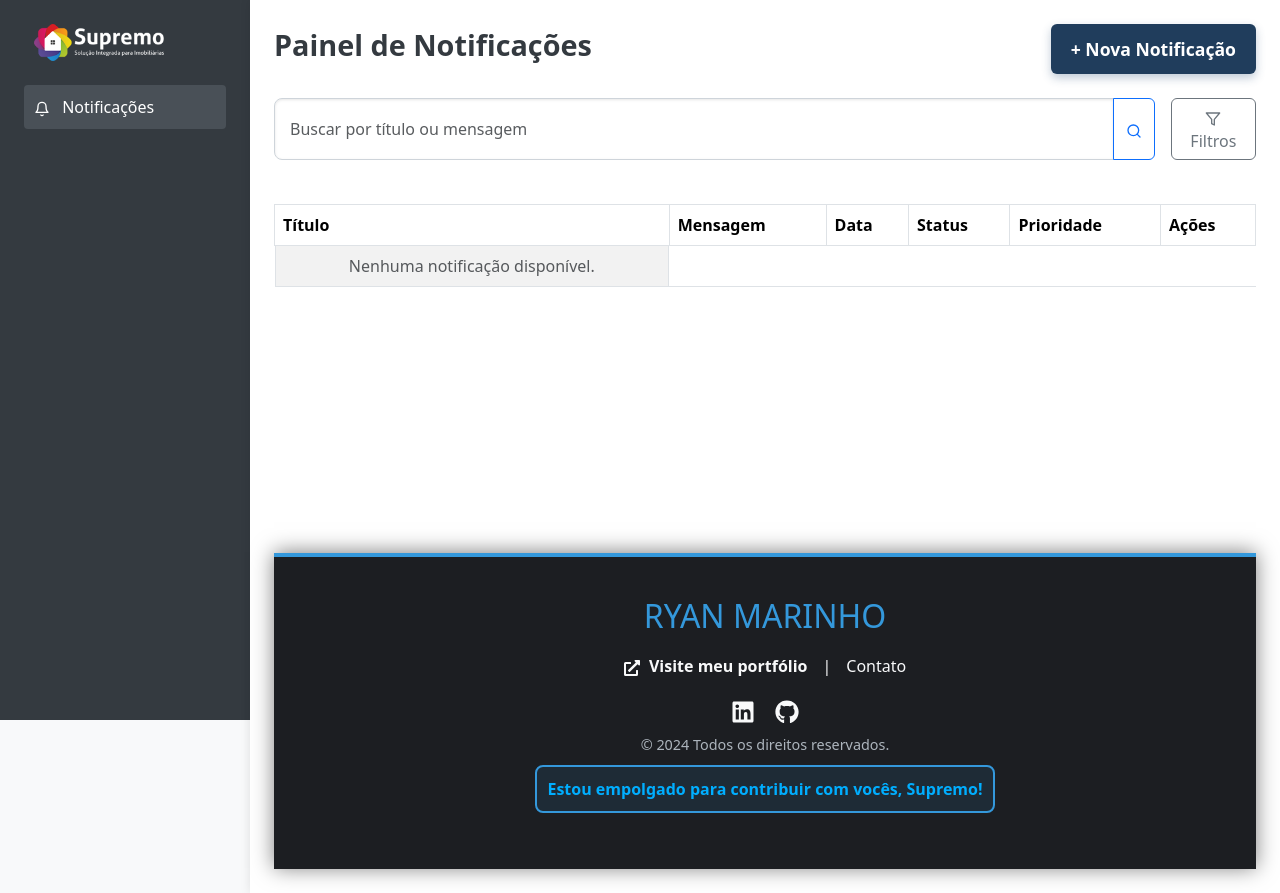
Repository: ryanmarinhodev/Supremo-teste-tecnico
Page: /notifications
An editor plug-in stored every save of this project. The page is shown before and after the next save, followed by the edit.
The browser window is 1280 px wide. The pictures show the whole page.
The project was rebuilt for these pictures with package versions that can differ from the ones it lists, and the page was loaded fresh each time. Also part of the build but not shown: src/App.css, src/Components/Login/index.jsx.

Above is the page before, as saved 2024-11-07 20:33:56.

### src/App.js
import { BrowserRouter, Routes, Route } from "react-router-dom";
import "./App.css";
import Login from "./Components/Login";
import NotificationsPage from "./Components/Notifications/homeNotification";

const App = () => {
  return (
    <BrowserRouter>
      <Routes>
        <Route path="/" element={<Login />} />
        <Route path="/notifications" element={<NotificationsPage />} />
      </Routes>
    </BrowserRouter>
  );
};

export default App;

### src/Components/Notifications/homeNotification.jsx
import React, { useState } from "react";
import Menu from "./menu";
import Buscar from "./buscar";
import TabelaNotificacoes from "./tabelaNotificacoes";
import ModalNotificacao from "./modalNotificacao";
import Footer from "./footer";
import "./notification.css";
import { Button } from "react-bootstrap";

const HomeNotification = () => {
  const [notifications, setNotifications] = useState([]);
  const [showModal, setShowModal] = useState(false);
  const [search, setSearch] = useState("");
  const [currentNotification, setCurrentNotification] = useState({
    id: null,
    title: "",
    message: "",
    date: "",
    status: "Não Lida",
    priority: "Normal",
  });

  const getCurrentDate = () => {
    const today = new Date();
    return today.toISOString().split("T")[0];
  };

  const openModal = (
    notification = {
      title: "",
      message: "",
      date: getCurrentDate(),
      status: "Não Lida",
      priority: "Normal",
    }
  ) => {
    setCurrentNotification(notification);
    setShowModal(true);
  };

  const closeModal = () => {
    setShowModal(false);
    setCurrentNotification({
      id: null,
      title: "",
      message: "",
      date: getCurrentDate(),
      status: "Não Lida",
      priority: "Normal",
    });
  };

  const handleChange = (e) => {
    const { name, value } = e.target;
    setCurrentNotification((prev) => ({ ...prev, [name]: value }));
  };

  const handleSubmit = () => {
    if (currentNotification.id) {
      setNotifications((prev) =>
        prev.map((notif) =>
          notif.id === currentNotification.id ? currentNotification : notif
        )
      );
    } else {
      setNotifications((prev) => [
        ...prev,
        { ...currentNotification, id: Date.now() },
      ]);
    }
    closeModal();
  };

  const handleDelete = (id) => {
    setNotifications((prev) => prev.filter((notif) => notif.id !== id));
  };

  const markAsRead = (id) => {
    setNotifications((prev) =>
      prev.map((notif) =>
        notif.id === id ? { ...notif, status: "Lida" } : notif
      )
    );
  };

  const filteredNotifications = notifications.filter(
    (notif) =>
      notif.title.toLowerCase().includes(search.toLowerCase()) ||
      notif.message.toLowerCase().includes(search.toLowerCase())
  );
  return (
    <>
      <div className="dashboard-container d-flex">
        <Menu />
        <div className="content flex-grow-1 p-4">
          <header className="d-flex justify-content-between align-items-center mb-4">
            <h2 className="page-title">Painel de Notificações</h2>
            <Button variant="primary" onClick={() => openModal()}>
              + Nova Notificação
            </Button>
          </header>

          <Buscar search={search} setSearch={setSearch} />

          <TabelaNotificacoes
            notifications={filteredNotifications}
            openModal={openModal}
            handleDelete={handleDelete}
            markAsRead={markAsRead}
          />

          <ModalNotificacao
            showModal={showModal}
            closeModal={closeModal}
            currentNotification={currentNotification}
            handleChange={handleChange}
            handleSubmit={handleSubmit}
          />
          <Footer />
        </div>
      </div>
    </>
  );
};

export default HomeNotification;

### src/Components/Login/styles.css
:root {
    --primary-color: #203d5c;
    --secondary-color: #adb5bd;
    --hover-color: #182533;
    --background-overlay: rgba(0, 0, 0, 0.4);
    --box-shadow: 0 4px 10px rgba(47, 84, 122, 0.3);
}

.login-container {
    background: url('https://wallpapers.com/images/hd/4k-architecture-yellow-glass-building-6d7nbmyltxlyxxv8.jpg') no-repeat center center;
    background-size: cover;
    min-height: 100vh;
    padding: 20px;
    display: flex;
    align-items: center;
    justify-content: center;
    position: relative;
}

.login-container::before {
    content: '';
    position: absolute;
    top: 0;
    left: 0;
    right: 0;
    bottom: 0;
    background: var(--background-overlay);
    z-index: 1;
}

.login-card {
    width: 100%;
    max-width: 600px;
    background-color: #ffff;
    border-radius: 12px;
    box-shadow: var(--box-shadow);
    border: 1px solid rgba(0, 0, 0, 0.05);
    transition: transform 0.3s ease, box-shadow 0.3s ease;
    position: relative;
    z-index: 2;
    padding: 40px;
    animation: fadeIn 0.6s ease;
    align-items: center;
    text-align: center;
}

.login-card:hover {
    transform: translateY(-5px);
    box-shadow: 0 15px 40px rgba(0, 0, 0, 0.3);
}


.logo {
    width: 100px;
    height: auto;
    margin-bottom: 20px;
}

.text-center {
    display: flex;
    flex-direction: column;
    align-items: center;
}

.login-title {
    font-size: 2rem;
    font-weight: 700;
    color: #000;
    margin-top: 10px;
    margin-bottom: 10px;
    font-family: 'Poppins', sans-serif;
}

.title-underline {
    width: 60px;
    height: 4px;
    background-color: #495f75;
    margin: 0 auto 20px auto;
    border-radius: 2px;
}

.subtitle {
    font-size: 1rem;
    color: #e0e0e0;
    text-align: center;
    margin-bottom: 30px;
    font-weight: 400;
}


.form-control {
    border-radius: 8px;
    padding: 15px;
    font-size: 1rem;
    border: 1px solid #ced4da;
    box-shadow: inset 0 1px 3px rgba(0, 0, 0, 0.1);
    transition: border-color 0.3s ease, box-shadow 0.3s ease;
}

.form-control:focus {
    border-color: var(--primary-color);
    box-shadow: 0 0 0 0.2rem rgba(89, 124, 161, 0.25);
}

/* Botão de login com estilo profissional */
.btn-primary {
    background-color: var(--primary-color);
    border: none;
    font-size: 1.1rem;
    font-weight: 600;
    padding: 12px 20px;
    border-radius: 6px;
    transition: background-color 0.3s ease, transform 0.2s ease;
    box-shadow: var(--box-shadow);
}

.btn-primary:hover {
    background-color: var(--hover-color);
    transform: scale(1.03);
}

/* Link "Esqueci a senha" com estilo sutil */
.text-secondary {
    color: var(--secondary-color) !important;
    font-size: 0.9rem;
}

.text-secondary:hover {
    color: #000 !important;
    text-decoration: underline;
}

/* Altera a cor de fundo e da borda do checkbox quando marcado */
.form-check-input:checked {
    background-color: var(--hover-color);
    border-color: var(--secondary-color);
}

.form-check-input:focus {
    box-shadow: none;
}

/* Efeito de transição suave ao aparecer o card */
@keyframes fadeIn {
    from {
        opacity: 0;
        transform: scale(0.9);
    }
    to {
        opacity: 1;
        transform: scale(1);
    }
}

@media (max-width: 768px) {
    .login-card {
        max-width: 90%;
        padding: 20px;
        border-radius: 8px;
    }

    .login-title {
        font-size: 1.5rem;
    }

    .subtitle {
        font-size: 0.9rem;
    }

    .logo {
        width: 80px;
    }

    .form-control {
        padding: 10px;
        font-size: 0.9rem;
    }

    .btn-primary {
        font-size: 1rem;
        padding: 10px;
    }

    .title-underline {
        width: 50px;
        height: 3px;
    }
}

### src/Components/Notifications/menu.jsx
import React from "react";
import { FiBell } from "react-icons/fi";
import Logo from "../../assets/logo-supremo-branco.png";

const Sidebar = () => (
  <aside className="sidebar p-4">
    <img src={Logo} alt="Logotipo Supremo" className="logo" />
    <ul className="nav flex-column mt-4">
      <li className="nav-item mb-2">
        <a href="/notifications" className="nav-link active">
          <FiBell className="me-2" /> Notificações
        </a>
      </li>
    </ul>
  </aside>
);

export default Sidebar;

### src/Components/Notifications/buscar.jsx
import React from "react";
import { InputGroup, FormControl, Button } from "react-bootstrap";
import { FiSearch, FiFilter } from "react-icons/fi";

const BarraBusca = ({ search, setSearch }) => (
  <div className="d-flex mb-4">
    <InputGroup className="me-2">
      <FormControl
        placeholder="Buscar por título ou mensagem"
        value={search}
        onChange={(e) => setSearch(e.target.value)}
      />
      <Button variant="outline-primary">
        <FiSearch />
      </Button>
    </InputGroup>
    <Button variant="outline-secondary" className="ms-2">
      <FiFilter /> Filtros
    </Button>
  </div>
);

export default BarraBusca;

### src/Components/Notifications/tabelaNotificacoes.jsx
import React from "react";
import { Table, Button, Badge } from "react-bootstrap";
import { FiEdit, FiTrash2, FiCheckCircle } from "react-icons/fi";

const TabelaNotificacoes = ({
  notifications,
  openModal,
  handleDelete,
  markAsRead,
}) => (
  <Table striped bordered hover responsive>
    <thead>
      <tr>
        <th>Título</th>
        <th>Mensagem</th>
        <th>Data</th>
        <th>Status</th>
        <th>Prioridade</th>
        <th>Ações</th>
      </tr>
    </thead>
    <tbody>
      {notifications.length > 0 ? (
        notifications.map((notification) => (
          <tr key={notification.id}>
            <td>{notification.title}</td>
            <td>{notification.message}</td>
            <td>{notification.date}</td>
            <td>
              <Badge
                bg={notification.status === "Não Lida" ? "warning" : "success"}
              >
                {notification.status}
              </Badge>
            </td>
            <td>
              <Badge bg={notification.priority === "Alta" ? "danger" : "info"}>
                {notification.priority}
              </Badge>
            </td>
            <td>
              <Button
                variant="outline-secondary"
                size="sm"
                className="me-2"
                onClick={() => openModal(notification)}
              >
                <FiEdit /> Editar
              </Button>
              <Button
                variant="outline-danger"
                size="sm"
                onClick={() => handleDelete(notification.id)}
              >
                <FiTrash2 /> Excluir
              </Button>
              {notification.status === "Não Lida" && (
                <Button
                  variant="outline-success"
                  size="sm"
                  className="ms-2"
                  onClick={() => markAsRead(notification.id)}
                >
                  <FiCheckCircle /> Marcar como Lida
                </Button>
              )}
            </td>
          </tr>
        ))
      ) : (
        <tr>
          <td colSpan="6" className="text-center text-muted">
            Nenhuma notificação disponível.
          </td>
        </tr>
      )}
    </tbody>
  </Table>
);

export default TabelaNotificacoes;

### src/Components/Notifications/modalNotificacao.jsx
import React from "react";
import { Modal, Button, Form } from "react-bootstrap";

const ModalNotificacao = ({
  showModal,
  closeModal,
  currentNotification,
  handleChange,
  handleSubmit,
}) => {
  return (
    <Modal show={showModal} onHide={closeModal}>
      <Modal.Header closeButton>
        <Modal.Title>
          {currentNotification.id
            ? "Editar Notificação"
            : "Cadastrar Notificação"}
        </Modal.Title>
      </Modal.Header>
      <Modal.Body>
        <Form>
          <Form.Group className="mb-3">
            <Form.Label>Título</Form.Label>
            <Form.Control
              type="text"
              placeholder="Título da Notificação"
              name="title"
              value={currentNotification.title}
              onChange={handleChange}
            />
          </Form.Group>
          <Form.Group className="mb-3">
            <Form.Label>Mensagem</Form.Label>
            <Form.Control
              as="textarea"
              rows={3}
              placeholder="Mensagem da Notificação"
              name="message"
              value={currentNotification.message}
              onChange={handleChange}
            />
          </Form.Group>
          <Form.Group className="mb-3">
            <Form.Label>Data de Envio</Form.Label>
            <Form.Control
              type="date"
              name="date"
              value={currentNotification.date}
              onChange={handleChange}
            />
          </Form.Group>
          <Form.Group className="mb-3">
            <Form.Label>Prioridade</Form.Label>
            <Form.Select
              name="priority"
              value={currentNotification.priority}
              onChange={handleChange}
            >
              <option value="Normal">Normal</option>
              <option value="Alta">Alta</option>
            </Form.Select>
          </Form.Group>
        </Form>
      </Modal.Body>
      <Modal.Footer>
        <Button variant="secondary" onClick={closeModal}>
          Cancelar
        </Button>
        <Button variant="primary" onClick={handleSubmit}>
          {currentNotification.id ? "Salvar Alterações" : "Cadastrar"}
        </Button>
      </Modal.Footer>
    </Modal>
  );
};

export default ModalNotificacao;

### src/Components/Notifications/footer.jsx
import React from "react";
import "./notification.css";
import { FaLinkedin, FaGithub, FaExternalLinkAlt } from "react-icons/fa";

const Footer = () => {
  const portfolioLink = "https://portfolio-ryann.netlify.app/";

  return (
    <footer className="footer">
      <div className="footer-content">
        <div className="footer-logo">
          <h2>Ryan Marinho</h2>
        </div>
        <nav className="footer-nav">
          <a href={portfolioLink} target="_blank" rel="noopener noreferrer">
            <FaExternalLinkAlt className="portfolio-icon" />{" "}
            {/* Ícone do link externo */}
            <span className="portfolio-text">Visite meu portfólio</span>
          </a>
          <span>|</span>
          <a href="/contato">Contato</a>
        </nav>
        <div className="footer-social">
          <a
            href="https://www.linkedin.com/in/ryan-marinho-861120211/"
            target="_blank"
            rel="noopener noreferrer"
          >
            <FaLinkedin size={24} />
          </a>
          <a
            href="https://github.com/ryanmarinhodev"
            target="_blank"
            rel="noopener noreferrer"
          >
            <FaGithub size={24} />
          </a>
        </div>
        <p className="footer-copy">
          &copy; {new Date().getFullYear()} Todos os direitos reservados.
        </p>
        <p className="footer-note">
          Estou empolgado para contribuir com vocês, Supremo!
        </p>
      </div>
    </footer>
  );
};

export default Footer;

### src/Components/Notifications/notification.css
.dashboard-container {
  display: flex;
  min-height: 100vh;
  background-color: #f8f9fa;
}

.sidebar {
  width: 250px;
  background-color: #343a40;
  color: #fff;
  height: 100vh;
}

.logo {
  width: 130px;
  display: flex;
  margin-left: 10px;
}

.sidebar h4 {
  font-size: 1.4rem;
  font-weight: bold;
  color: #fff;
}

.sidebar .nav-link {
  color: #ced4da;
  padding: 10px;
  font-weight: 500;
}

.sidebar .nav-link:hover,
.sidebar .nav-link.active {
  background-color: #495057;
  color: #fff;
  border-radius: 4px;
}

.content {
  flex-grow: 1;
  padding: 20px 40px;
  background-color: #ffffff;
  box-shadow: 0px 0px 10px rgba(0, 0, 0, 0.1);
}

.page-title {
  font-size: 1.8rem;
  font-weight: bold;
  color: #343a40;
}

.table {
  margin-top: 20px;
}

button {
  transition: background-color 0.3s ease, box-shadow 0.2s ease;
}

button:hover {
  box-shadow: 0px 4px 8px rgba(0, 0, 0, 0.15);
}

.footer {
  background-color: #1c1e22;
  color: #f8f9fa;
  text-align: center;
  padding: 40px 20px;
  position: relative;
  bottom: 0;
  width: 100%;
  box-shadow: 0 -1px 20px rgba(0, 0, 0, 0.5);
  border-top: 4px solid #3498db;
  margin-top: 250px;

}

.footer-content {
  max-width: 1200px;
  margin: auto;
  display: flex;
  flex-direction: column;
  align-items: center;
}

.footer-logo {
  font-size: 2em;
  font-weight: bold;
  margin-bottom: 10px;
  color: #3498db;
  text-transform: uppercase;
}

.footer-nav {
  margin-bottom: 10px;
}

.footer-nav a {
  color: #f8f9fa;
  text-decoration: none;
  margin: 0 15px;
  transition: color 0.3s, transform 0.3s;
}

.footer-nav a:hover {
  color: #3498db;
  transform: scale(1.1);
}

.portfolio-icon {
  margin-right: 5px;
  vertical-align: middle;
}

.portfolio-text {
  font-weight: bold;
}

.footer-social {
  margin: 10px 0;
}

.footer-social a {
  color: #f8f9fa;
  margin: 0 10px;
  transition: color 0.3s;
}

.footer-social a:hover {
  color: #3498db;
}

.footer-copy {
  font-size: 0.9em;
  margin: 0;
  color: #adb5bd;
}

.footer-note {
  font-size: 1em;
  color: #00aeff;
  margin-top: 10px;
  font-weight: bold;
  padding: 10px;
  border: 2px solid #3498db;
  border-radius: 8px;
  background-color: rgba(52, 152, 219, 0.1);
  transition: transform 0.3s;
}

.footer-note:hover {
  transform: scale(1.05);
}

Loaded but not shown: public/index.html (common file); src/index.js (common file); src/index.css (common file); src/reportWebVitals.js (common file)

After the next save:
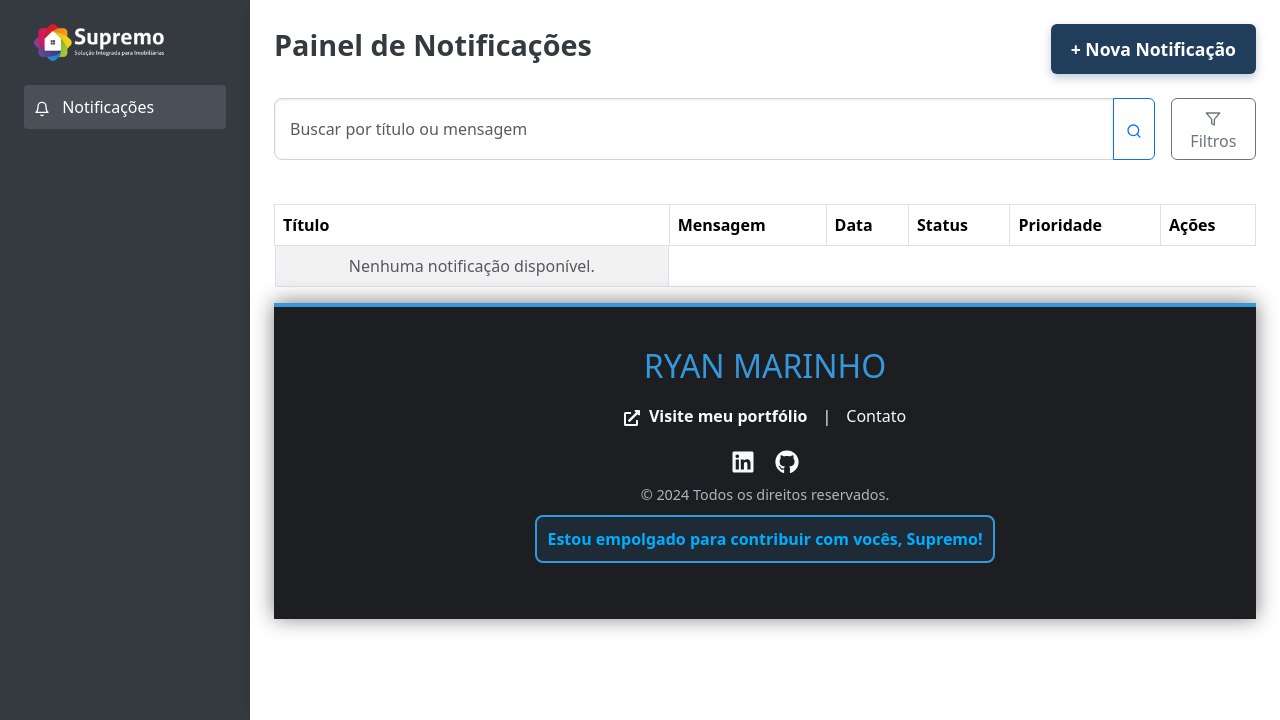
Saved 37 s later.
--- a/src/Components/Notifications/notification.css
+++ b/src/Components/Notifications/notification.css
@@ -71,7 +71,6 @@ button:hover {
   width: 100%;
   box-shadow: 0 -1px 20px rgba(0, 0, 0, 0.5);
   border-top: 4px solid #3498db;
-  margin-top: 250px;
 
 }
 
